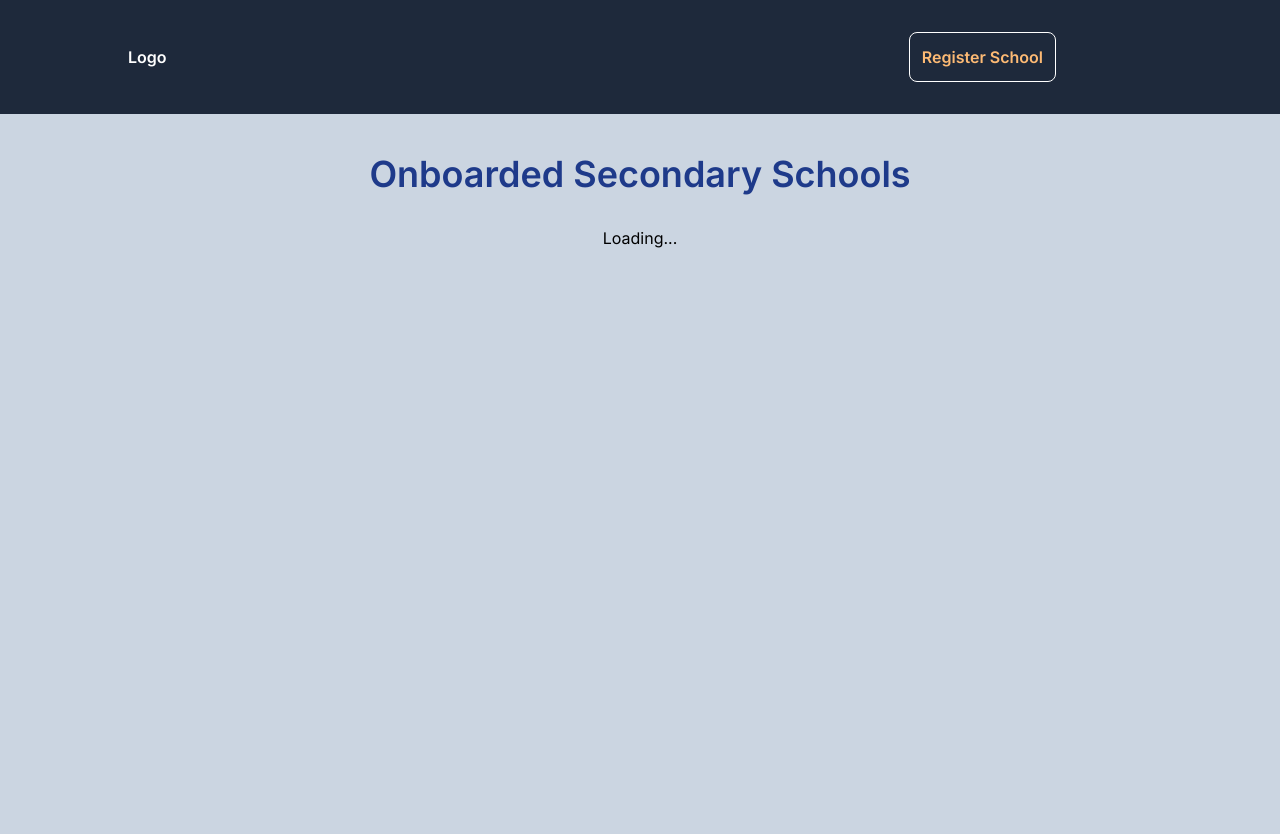
Repository: marcusdashe/fullstack-ts
Page: /
These files come from the project's save history. The page is drawn as it stood at one moment and after the next save; the edit follows.
The browser window is 1280 px wide. The pictures show the whole page.
The page's requests for data from a server got no answer. The project was rebuilt for these pictures with package versions that can differ from the ones it lists, and the page was loaded fresh each time. The framework's server and built-in components were replaced by stand-ins that run in the browser. No one was signed in, and anything a server would have sent is missing. Also part of the build but not shown: next.config.js, app/components/SchoolCard.tsx.

Above is the page before, as saved 2023-07-28 12:54:32.

### app/layout.tsx
import "./globals.css";
import type { Metadata } from "next";
import { Inter } from "next/font/google";
import Navbar from "./components/NavBar";

const inter = Inter({
  weight: ["400", "600"],
  subsets: ["latin"],
});

export const metadata: Metadata = {
  title: "SMP",
  description: "School Management System for Secondary School",
  keywords: ["smp", "lms", "marcus"],
};

export default function RootLayout({
  children,
}: {
  children: React.ReactNode;
}) {
  return (
    <html lang="en">
      <body className={inter.className}>
        <Navbar />
        {children}
      </body>
    </html>
  );
}

### app/page.tsx
import Image from "next/image";
import React from "react";
import Head from "next/head";
import SchoolListed from "@/app/components/SchoolListed";

export default function Home() {
  return (
    <div className="bg-slate-300 min-h-screen">
      <Head>
        <title>School List</title>
        <meta name="description" content="A school management system" />
      </Head>

      <main className="container mx-auto py-10 px-4 flex flex-col items-center justify-start">
        <h1 className="text-4xl font-bold mb-8 px-0 text-blue-900">
          Onboarded Secondary Schools
        </h1>
        <SchoolListed />
      </main>
    </div>
  );
}

### app/components/NavBar.tsx
"use client";

import React, { useEffect } from "react";
import { useRouter, usePathname } from "next/navigation";
import Link from "next/link";
// import Logo from "./Logo";
// import { TwitterIcon, GithubIcon, LinkedInIcon } from "./Icons";
// import { motion } from "framer-motion";

type CustomLinkProps = {
  href: string;
  title: string;
  className: string | object;
};

const CustomLink = ({ href, title, className = "" }: CustomLinkProps) => {
  const router = useRouter();
  const pathname = usePathname();

  return (
    <Link href={href} className={`${className} relative group`}>
      {title}
      <span
        className={`h-[1px] inline-block bg-dark absolute left-0 -bottom-0.5 group-hover:w-full transition-[width] ease duration-300 ${
          pathname === href ? "w-full" : "w-0"
        }`}
      >
        &nbsp;
      </span>
    </Link>
  );
};

const Navbar: React.FC = () => {
  const pathname = usePathname();
  useEffect(() => {
    console.log(pathname);
  });
  return (
    <header
      className="w-full px-32 py-8 font-bold
            flex items-center justify-between sticky top-0 z-10 bg-slate-800 text-white"
    >
      <nav>
        <CustomLink href="/" title="Logo" className="mr-4" />
        {/* <CustomLink href="/about" title="About" className="mx-4" /> */}
      </nav>

      <nav className="flex items-center justify-center flex-wrap">
        {pathname === "/school" ? null : (
          <a
            href="/school"
            className={` w-max-content mx-3 text-orange-300 border border-white p-3 rounded-lg hover:border-none hover:text-white duration-500`}
          >
            Register School
          </a>
        )}

        <a
          href="https://www.linkedin.com/in/marcus-dashe-15a088202"
          target={"_blank"}
          className="w-6 mx-3"
        ></a>
        <a
          href="https://www.github.com/marcusdashe"
          target={"_blank"}
          className="w-6 ml-3"
        >
          {/* <GithubIcon /> */}
        </a>
      </nav>
      <div className="absolute left-[50%] top-2 translate-x-[-50]">
        {/* <Logo /> */}
      </div>
    </header>
  );
};

export default Navbar;

### app/components/SchoolListed.tsx
"use client";

import React, { useState, useEffect } from "react";
import SchoolService, { School } from "@/app/services/api/school.service";
import SchoolCard from "@/app/components/SchoolCard";

const SchoolListed: React.FC = () => {
  const [schoolArray, setSchoolArray] = useState<School[]>([]);
  const [loading, setLoading] = useState<Boolean>(true);

  useEffect(() => {
    const fetchSchools = async () => {
      try {
        const response = await SchoolService.fetchAllSchools();
        // if (response.statusText !== "ok")
        //   throw Error("Did not receive expected data");
        console.log(response.data);
        setSchoolArray(response.data);
      } catch (error: any) {
        console.log(error.message);
      } finally {
        setLoading(false);
      }
    };
    setTimeout(() => {
      (async () => await fetchSchools())();
    }, 2000);
  }, []);
  return (
    <>
      <div className="grid grid-cols-1">
        {schoolArray.length > 0 ? (
          <>
            {schoolArray.map((school: School) => (
              <SchoolCard key={school.schoolEmail} {...school} />
            ))}
          </>
        ) : (
          <>
            <p>Loading...</p>
          </>
        )}
      </div>
    </>
  );
};

export default SchoolListed;

### app/services/api/school.service.ts
import axios, { AxiosResponse } from "axios";
import config from "../config";

export interface School {
  schoolName: string;
  schoolAddress: string;
  schoolPhoneNumber: string;
  schoolWebsite: string;
  schoolEmail: string;
  schoolLogo: string;
}

const API_URL: string = config.API_BASE_URL;

class SchoolService {
  static client = axios.create({
    baseURL: API_URL,
  });

  async registerSchool(school: School): Promise<AxiosResponse<School>> {
    const response = await SchoolService.client.post<School>(
      "/schools/create",
      school
    );
    return response;
  }

  async fetchAllSchools(): Promise<AxiosResponse<School[]>> {
    const response = await SchoolService.client.get<School[]>("/schools/all");
    return response;
  }

  async fetchSchoolById(id: number): Promise<AxiosResponse<School>> {
    const response = await SchoolService.client.get<School>(`/school/${id}`);
    return response;
  }

  async updateSchool6(
    school: School,
    id: number
  ): Promise<AxiosResponse<School>> {
    const response = await SchoolService.client.put<School>(
      `/schools/${id}`,
      school
    );
    return response;
  }

  async delSchoolById(id: number): Promise<AxiosResponse<void>> {
    const response = await SchoolService.client.delete<void>(`/schools/${id}`);
    return response;
  }

  async fetchSchoolByName(schoolName: string): Promise<AxiosResponse<School>> {
    const response = await SchoolService.client.get<School>(
      `/schools/byName/${schoolName}`
    );
    return response;
  }

  async fetchSchoolByPhoneNumber(
    phoneNumber: string
  ): Promise<AxiosResponse<School>> {
    const response = await SchoolService.client.get<School>(
      `/schools/byPhoneNumber/${phoneNumber}`
    );
    return response;
  }

  async fetchSchoolByWebsite(
    schoolWebsite: string
  ): Promise<AxiosResponse<School>> {
    const response = await SchoolService.client.get<School>(
      `/schools/byWebsite/${schoolWebsite}`
    );
    return response;
  }

  async fetchSchoolByEmail(email: string): Promise<AxiosResponse<School>> {
    const response = await SchoolService.client.get<School>(
      `/schools/byEmail/${email}`
    );
    return response;
  }
}

export default new SchoolService();

### app/services/config.ts
export default {
  API_BASE_URL:
    `${process.env.NEXT_PUBLIC_BACKEND_BASE_URL}/api-v1` ||
    "http://localhost:8000/api-v1",
};

Loaded but not shown: app/globals.css (common file); tailwind.config.js (common file)

After the next save:
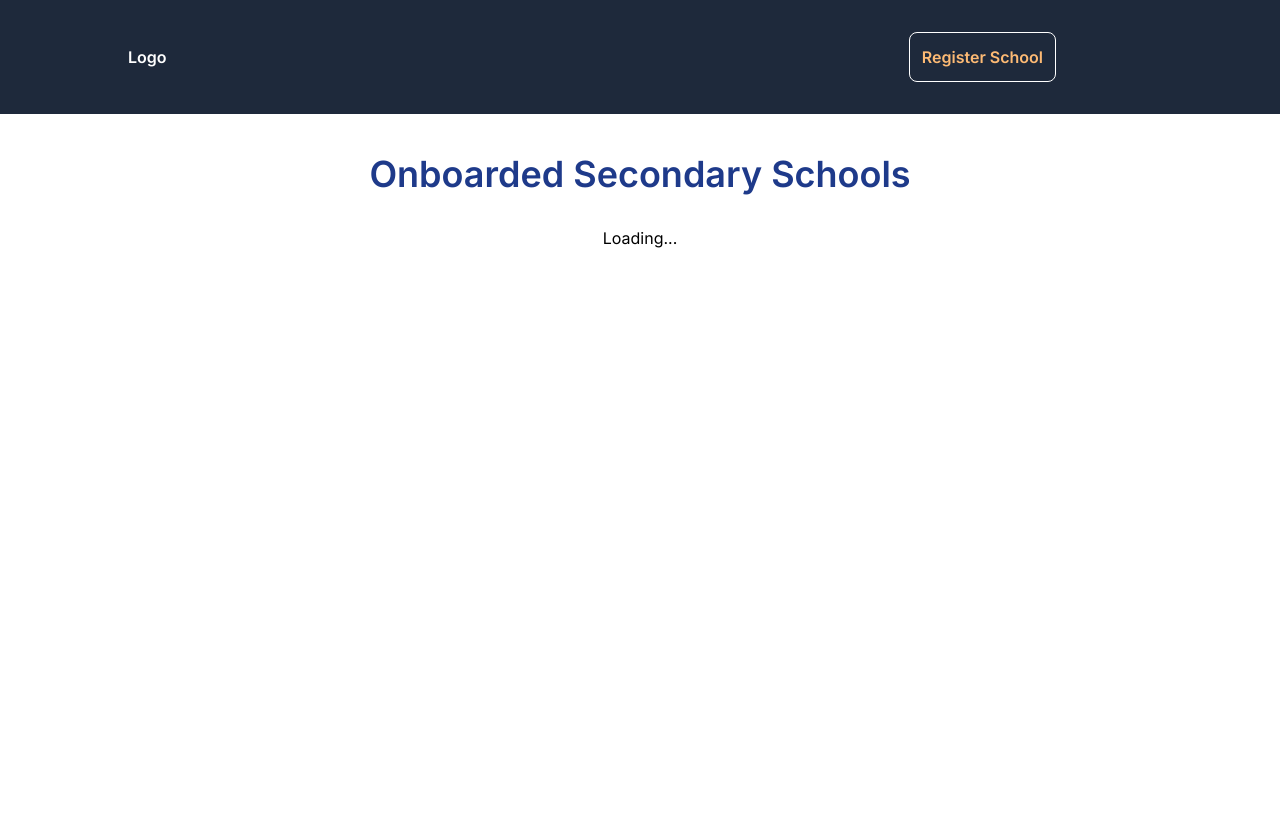
Saved 45 s later.
--- a/app/page.tsx
+++ b/app/page.tsx
@@ -5,7 +5,7 @@ import SchoolListed from "@/app/components/SchoolListed";
 
 export default function Home() {
   return (
-    <div className="bg-slate-300 min-h-screen">
+    <div className="bg min-h-screen">
       <Head>
         <title>School List</title>
         <meta name="description" content="A school management system" />
